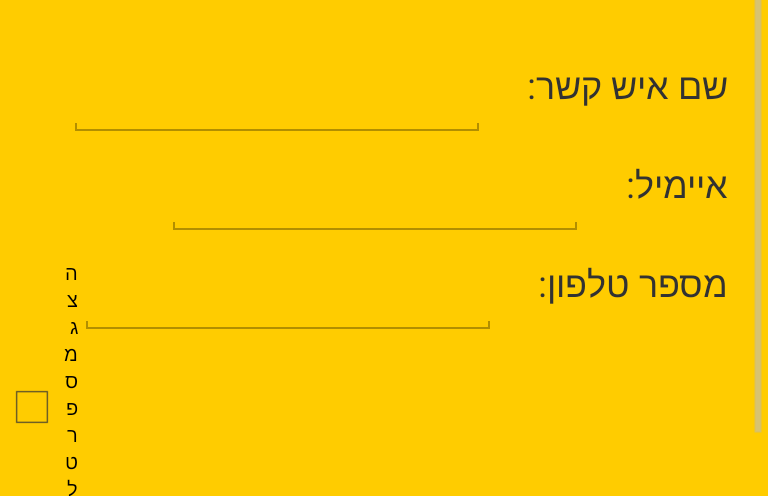
Repository: rodi055/jobli
Layout: Jobli/res/layout/fragment_create_job.xml
The author's editor kept a copy of each file at every save. The layout is drawn from the files as they stood at one save, then again after the next save.
The pictures show rows 784 to 1280 of an output 1280 px tall.
It is drawn on a 768 x 1280 px phone screen (xhdpi) without system bars, with theme AppTheme; the app's code is not run. The app's manifest (not shown) leaves right-to-left support off. So textAlignment, textDirection and layoutDirection are ignored, and left and right values win over start and end ones.

Above is the layout before, as saved 2015-01-03 11:33:17.

After the next save:
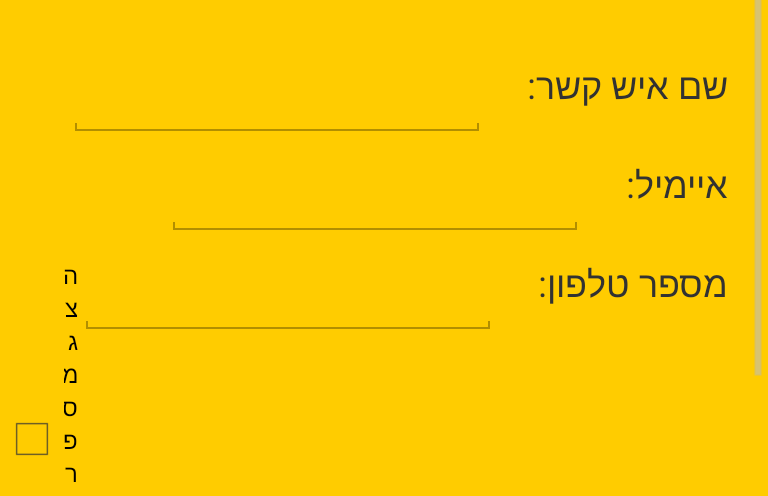
Saved 12 s later.
--- a/Jobli/res/layout/fragment_create_job.xml
+++ b/Jobli/res/layout/fragment_create_job.xml
@@ -248,7 +248,7 @@
                     android:layout_toLeftOf="@+id/editText7"
                     android:layout_toStartOf="@+id/editText7"
                     android:text="הצג מספר טלפון"
-                    android:textSize="10sp" />
+                    android:textSize="12sp" />
             </RelativeLayout>
         </LinearLayout>
     </ScrollView>
